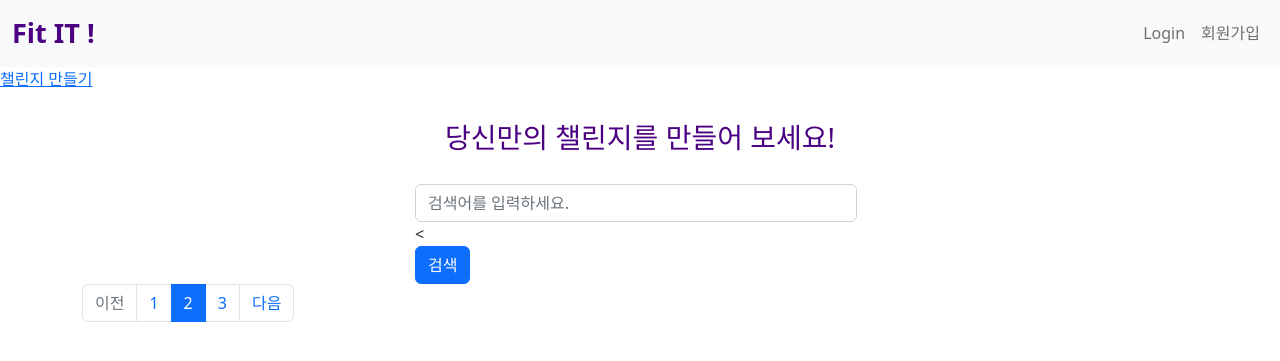
Repository: 4everGirls/Fit-IT-FRONT
Page: /makeChallenge (app in FrontEnd/fit-it/)
An editor plug-in stored every save of this project. The page is shown before and after the next save, followed by the edit.
The browser window is 1280 px wide. The pictures show the whole page.
The project was rebuilt for these pictures with package versions that can differ from the ones it lists, and the page was loaded fresh each time. Also part of the build but not shown: FrontEnd/fit-it/vue.config.js, FrontEnd/fit-it/src/views/HomeView.vue, FrontEnd/fit-it/src/components/user/RegistUser.vue, FrontEnd/fit-it/src/components/user/LoginUser.vue.

Above is the page before, as saved 2022-11-20 12:31:30.

After the next save:
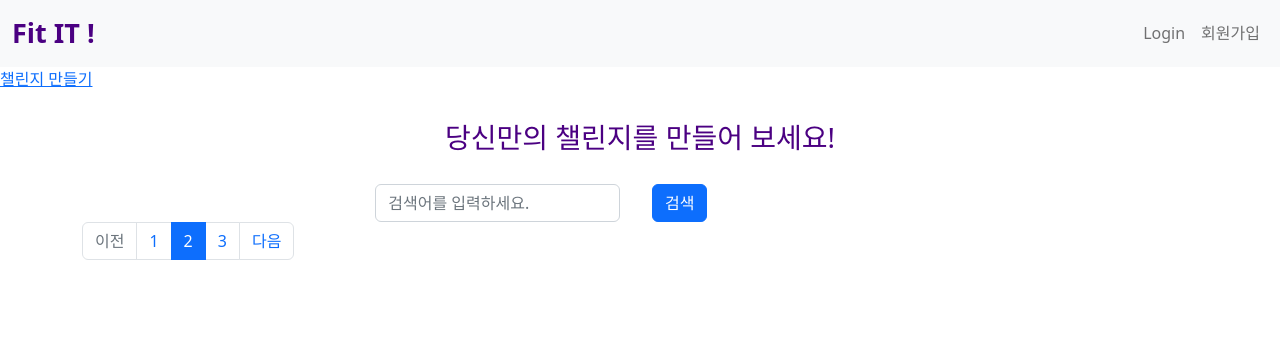
Saved 7 s later.
--- a/FrontEnd/fit-it/src/components/challenge/MakeChallenge/SearchVideo.vue
+++ b/FrontEnd/fit-it/src/components/challenge/MakeChallenge/SearchVideo.vue
@@ -18,7 +18,7 @@
               />
             </form>
 
-            <
+            </div>
             <div class="col">
               <button class="btn btn-primary" type="submit" @click="search">
                 검색
